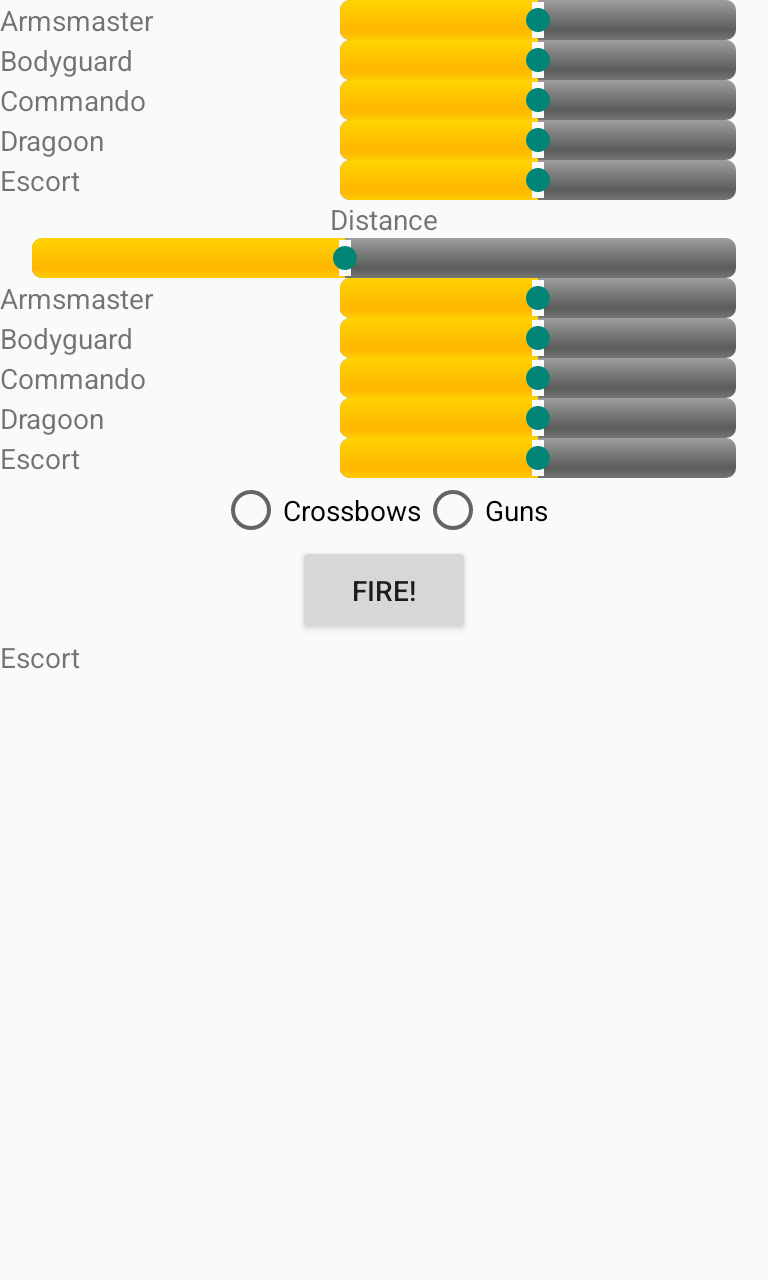
Repository: bryanpope/TARR
Layout: workspace/helloworld/res/layout/activity_hello_world.xml
An editor plug-in stored every save of this project. The layout is shown before and after the next save, followed by the edit.
It is drawn on a 768 x 1280 px phone screen (xhdpi) without system bars, with theme AppTheme; the app's code is not run.

Above is the layout before, as saved 2014-06-01 23:46:32.

### workspace/helloworld/res/layout/activity_hello_world.xml
<LinearLayout xmlns:android="http://schemas.android.com/apk/res/android"
    android:layout_width="fill_parent"
    android:layout_height="wrap_content"
    android:orientation="vertical" >

	<LinearLayout
	    android:layout_width="fill_parent"
	    android:layout_height="wrap_content"
	    android:orientation="horizontal" >

	    <TextView
	        android:id="@+id/textAttackArmsmaster"
	        android:layout_width="0dp"
	        android:layout_height="wrap_content"
	        android:layout_gravity="center_vertical"
	        android:layout_weight="0.90"
	        android:text="@string/armsmaster" />

	    <SeekBar
	        android:id="@+id/seekBarAttackArmsmaster"
	        style="@android:style/Widget.ProgressBar.Horizontal"
	        android:layout_width="230dp"
	        android:layout_height="wrap_content"
	        android:max="50"
	        android:progress="25"
	        android:secondaryProgress="0" />
    </LinearLayout>
	<LinearLayout
              android:layout_width="fill_parent"
              android:layout_height="wrap_content"
              android:orientation="horizontal" >

    	<TextView android:id="@+id/textAttackBodyguard"
              android:layout_width="0dp"
              android:layout_height="wrap_content"
		      android:layout_gravity="center_vertical"
		      android:layout_weight="0.90"
              android:text="@string/bodyguard" />

    	<SeekBar
    	    android:id="@+id/seekBarAttackBodyguard"
    	    style="@android:style/Widget.ProgressBar.Horizontal"
    	    android:layout_width="230dp"
    	    android:layout_height="wrap_content"
    	    android:max="50"
    	    android:progress="25"
    	    android:secondaryProgress="0" />

    </LinearLayout>
	<LinearLayout
              android:layout_width="fill_parent"
              android:layout_height="wrap_content"
              android:orientation="horizontal" >

    <TextView android:id="@+id/textAttackCommando"
              android:layout_width="0dp"
              android:layout_height="wrap_content"
		      android:layout_gravity="center_vertical"
		      android:layout_weight="0.90"
              android:text="@string/commando" />
	    <SeekBar
	        android:id="@+id/seekBarAttackCommando"
	        style="@android:style/Widget.ProgressBar.Horizontal"
	        android:layout_width="230dp"
	        android:layout_height="wrap_content"
	        android:max="50"
	        android:progress="25"
	        android:secondaryProgress="0" />
    </LinearLayout>
	<LinearLayout
              android:layout_width="fill_parent"
              android:layout_height="wrap_content"
              android:orientation="horizontal" >

    <TextView android:id="@+id/textAttackDragoon"
              android:layout_width="0dp"
              android:layout_height="wrap_content"
		      android:layout_gravity="center_vertical"
		      android:layout_weight="0.90"
              android:text="@string/dragoon" />
	    <SeekBar
	        android:id="@+id/seekBarAttackDragoon"
	        style="@android:style/Widget.ProgressBar.Horizontal"
	        android:layout_width="230dp"
	        android:layout_height="wrap_content"
	        android:max="50"
	        android:progress="25"
	        android:secondaryProgress="0" />
    </LinearLayout>

	<LinearLayout
	    android:layout_width="fill_parent"
	    android:layout_height="wrap_content"
	    android:orientation="horizontal" >

	    <TextView
	        android:id="@+id/textAttackEscort"
	        android:layout_width="0dp"
	        android:layout_height="wrap_content"
		      android:layout_gravity="center_vertical"
	        android:layout_weight="0.90"
	        android:text="@string/escort" />

	    <SeekBar
	        android:id="@+id/seekBarAttackEscort"
	        style="@android:style/Widget.ProgressBar.Horizontal"
	        android:layout_width="230dp"
	        android:layout_height="wrap_content"
	        android:max="50"
	        android:progress="25"
	        android:secondaryProgress="0" />
	</LinearLayout>

	    <TextView
	        android:id="@+id/textDistance"
	        android:layout_width="wrap_content"
	        android:layout_height="wrap_content"
	        android:layout_gravity="center_horizontal"
	        android:text="@string/distance" />
	    <SeekBar
	        android:id="@+id/seekBarDistance"
	        style="@android:style/Widget.ProgressBar.Horizontal"
	        android:layout_width="fill_parent"
	        android:layout_height="wrap_content"
	        android:max="9"
	        android:progress="4"
	        android:secondaryProgress="0" />

	<LinearLayout
	    android:layout_width="fill_parent"
	    android:layout_height="wrap_content"
	    android:orientation="horizontal" >

	    <TextView android:id="@+id/textDefenceArmsmaster"
              android:layout_width="0dp"
              android:layout_height="wrap_content"
		      android:layout_gravity="center_vertical"
		      android:layout_weight="0.90"
              android:text="@string/armsmaster" />
	    <SeekBar
	        android:id="@+id/seekBarDefenceArmsmaster"
	        style="@android:style/Widget.ProgressBar.Horizontal"
	        android:layout_width="230dp"
	        android:layout_height="wrap_content"
	        android:max="50"
	        android:progress="25"
	        android:secondaryProgress="0" />
    </LinearLayout>
	<LinearLayout
              android:layout_width="fill_parent"
              android:layout_height="wrap_content"
              android:orientation="horizontal" >

    	<TextView android:id="@+id/textDefenceBodyguard"
              android:layout_width="0dp"
              android:layout_height="wrap_content"
		      android:layout_gravity="center_vertical"
		      android:layout_weight="0.90"
              android:text="@string/bodyguard" />

    	<SeekBar
    	    android:id="@+id/seekBarDefencekBodyguard"
    	    style="@android:style/Widget.ProgressBar.Horizontal"
    	    android:layout_width="230dp"
    	    android:layout_height="wrap_content"
    	    android:max="50"
    	    android:progress="25"
    	    android:secondaryProgress="0" />

    </LinearLayout>
	<LinearLayout
              android:layout_width="fill_parent"
              android:layout_height="wrap_content"
              android:orientation="horizontal" >

    <TextView android:id="@+id/textDefenceCommando"
              android:layout_width="0dp"
              android:layout_height="wrap_content"
		      android:layout_gravity="center_vertical"
		      android:layout_weight="0.90"
              android:text="@string/commando" />
	    <SeekBar
	        android:id="@+id/seekBarDefenceCommando"
	        style="@android:style/Widget.ProgressBar.Horizontal"
	        android:layout_width="230dp"
	        android:layout_height="wrap_content"
	        android:max="50"
	        android:progress="25"
	        android:secondaryProgress="0" />
    </LinearLayout>
	<LinearLayout
              android:layout_width="fill_parent"
              android:layout_height="wrap_content"
              android:orientation="horizontal" >

    <TextView android:id="@+id/textDefenceDragoon"
              android:layout_width="0dp"
              android:layout_height="wrap_content"
		      android:layout_gravity="center_vertical"
		      android:layout_weight="0.90"
              android:text="@string/dragoon" />
	    <SeekBar
	        android:id="@+id/seekBarDefenceDragoon"
	        style="@android:style/Widget.ProgressBar.Horizontal"
	        android:layout_width="230dp"
	        android:layout_height="wrap_content"
	        android:max="50"
	        android:progress="25"
	        android:secondaryProgress="0" />
    </LinearLayout>

	<LinearLayout
	    android:layout_width="fill_parent"
	    android:layout_height="wrap_content"
	    android:orientation="horizontal" >

	    <TextView
	        android:id="@+id/textDefenceEscort"
	        android:layout_width="0dp"
	        android:layout_height="wrap_content"
	      	android:layout_gravity="center_vertical"
	        android:layout_weight="0.90"
	        android:text="@string/escort" />

	    <SeekBar
	        android:id="@+id/seekBarDefenceEscort"
	        style="@android:style/Widget.ProgressBar.Horizontal"
	        android:layout_width="230dp"
	        android:layout_height="wrap_content"
	        android:max="50"
	        android:progress="25"
	        android:secondaryProgress="0" />
	</LinearLayout>

	<RadioGroup
	    android:layout_width="wrap_content"
	    android:layout_height="wrap_content"
	    android:layout_gravity="center_horizontal"
	    android:orientation="horizontal" >
	    <RadioButton
	        android:id="@+id/radioCrossbows"
	        android:layout_width="wrap_content"
	        android:layout_height="wrap_content"
	        android:text="@string/crossbows" />
	    <RadioButton
	        android:id="@+id/radioGuns"
	        android:layout_width="wrap_content"
	        android:layout_height="wrap_content"
	        android:text="@string/guns" />
	</RadioGroup>

    <Button
        android:id="@+id/buttonFire"
        android:layout_width="wrap_content"
        android:layout_height="wrap_content"
	    android:layout_gravity="center_horizontal"
        android:text="@string/fire" />

	<LinearLayout
	    android:layout_width="fill_parent"
	    android:layout_height="wrap_content"
	    android:orientation="horizontal" >
	    <TextView
	        android:id="@+id/textNameAttackArmsmaster"
	        android:layout_width="wrap_content"
	        android:layout_height="wrap_content"
	      	android:layout_gravity="center_vertical"
	        android:text="@string/escort" />
	    <TextView
	        android:id="@+id/textLossesAttackArmsmaster"
	        android:layout_width="wrap_content"
	        android:layout_height="wrap_content"
	      	android:layout_gravity="center_vertical"
	        android:text="" />
	</LinearLayout>

</LinearLayout>

### workspace/helloworld/res/values/strings.xml
<?xml version="1.0" encoding="utf-8"?>
<resources>

    <string name="app_name">Hello World</string>
    <string name="hello_world">Hello world!</string>
    <string name="action_settings">Settings</string>
    <string name="armsmaster">Armsmaster</string>
    <string name="bodyguard">Bodyguard</string>
    <string name="commando">Commando</string>
    <string name="dragoon">Dragoon</string>
    <string name="escort">Escort</string>
    <string name="distance">Distance</string>
    <string name="crossbows">Crossbows</string>
    <string name="guns">Guns</string>
    <string name="fire">FIRE!</string>
    <string name="a">A:</string>
    <string name="b">B:</string>
    <string name="c">C:</string>
    <string name="d">D:</string>
    <string name="e">E:</string>

</resources>

Loaded but not shown: workspace/helloworld/res/values/styles.xml (common file); workspace/helloworld/res/values-v11/styles.xml (common file); workspace/helloworld/res/values-v14/styles.xml (common file)

After the next save:
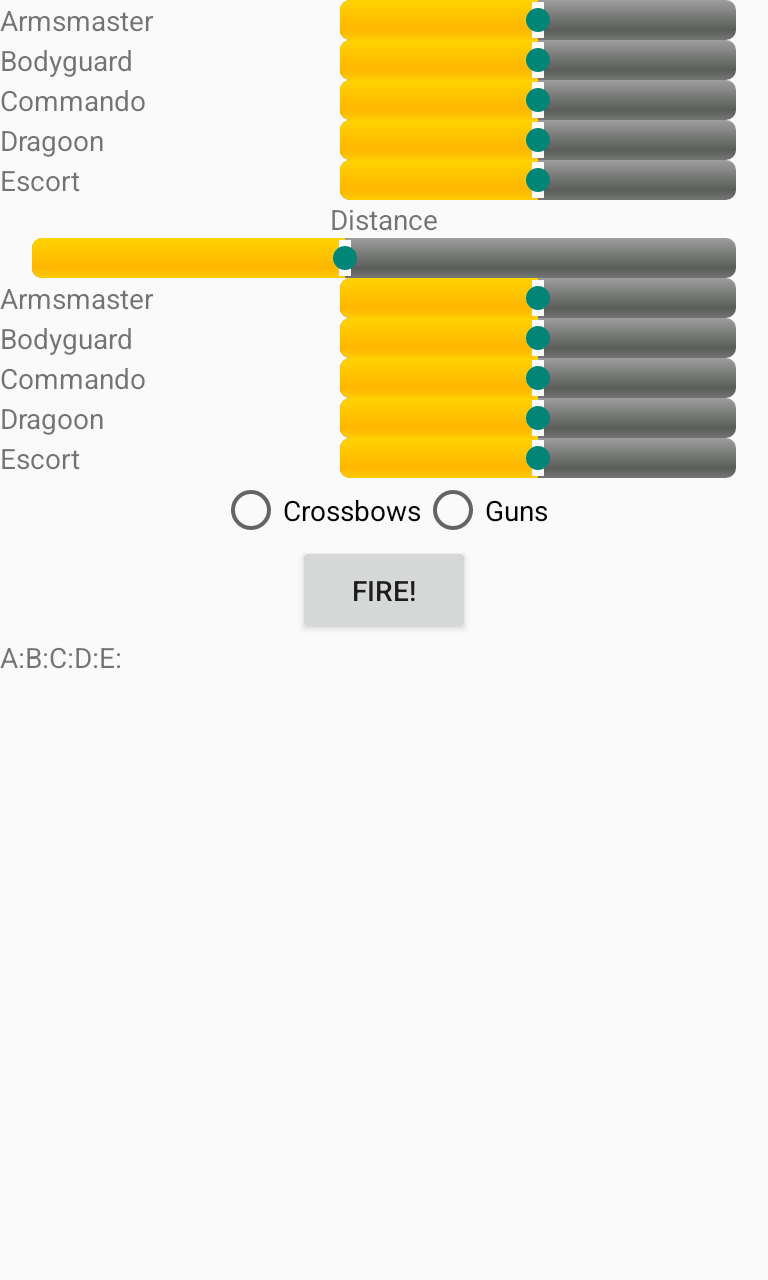
Saved 2 min 21 s later.
--- a/workspace/helloworld/res/layout/activity_hello_world.xml
+++ b/workspace/helloworld/res/layout/activity_hello_world.xml
@@ -265,13 +265,67 @@
 	        android:layout_width="wrap_content"
 	        android:layout_height="wrap_content"
 	      	android:layout_gravity="center_vertical"
-	        android:text="@string/escort" />
+	        android:text="@string/a" />
 	    <TextView
 	        android:id="@+id/textLossesAttackArmsmaster"
 	        android:layout_width="wrap_content"
 	        android:layout_height="wrap_content"
 	      	android:layout_gravity="center_vertical"
 	        android:text="" />
+
+	    <TextView
+	        android:id="@+id/textNameAttackBodyguard"
+	        android:layout_width="wrap_content"
+	        android:layout_height="wrap_content"
+	      	android:layout_gravity="center_vertical"
+	        android:text="@string/b" />
+	    <TextView
+	        android:id="@+id/textLossesAttackBodyguard"
+	        android:layout_width="wrap_content"
+	        android:layout_height="wrap_content"
+	      	android:layout_gravity="center_vertical"
+	        android:text="" />
+
+	    <TextView
+	        android:id="@+id/textNameAttackCommando"
+	        android:layout_width="wrap_content"
+	        android:layout_height="wrap_content"
+	      	android:layout_gravity="center_vertical"
+	        android:text="@string/c" />
+	    <TextView
+	        android:id="@+id/textLossesAttackCommando"
+	        android:layout_width="wrap_content"
+	        android:layout_height="wrap_content"
+	      	android:layout_gravity="center_vertical"
+	        android:text="" />
+
+	    <TextView
+	        android:id="@+id/textNameAttackDragoon"
+	        android:layout_width="wrap_content"
+	        android:layout_height="wrap_content"
+	      	android:layout_gravity="center_vertical"
+	        android:text="@string/d" />
+	    <TextView
+	        android:id="@+id/textLossesAttackDragoon"
+	        android:layout_width="wrap_content"
+	        android:layout_height="wrap_content"
+	      	android:layout_gravity="center_vertical"
+	        android:text="" />
+
+	    <TextView
+	        android:id="@+id/textNameAttackEscort"
+	        android:layout_width="wrap_content"
+	        android:layout_height="wrap_content"
+	      	android:layout_gravity="center_vertical"
+	        android:text="@string/e" />
+	    <TextView
+	        android:id="@+id/textLossesAttackEscort"
+	        android:layout_width="wrap_content"
+	        android:layout_height="wrap_content"
+	      	android:layout_gravity="center_vertical"
+	        android:text="" />
+
+
 	</LinearLayout>
 
 </LinearLayout>
